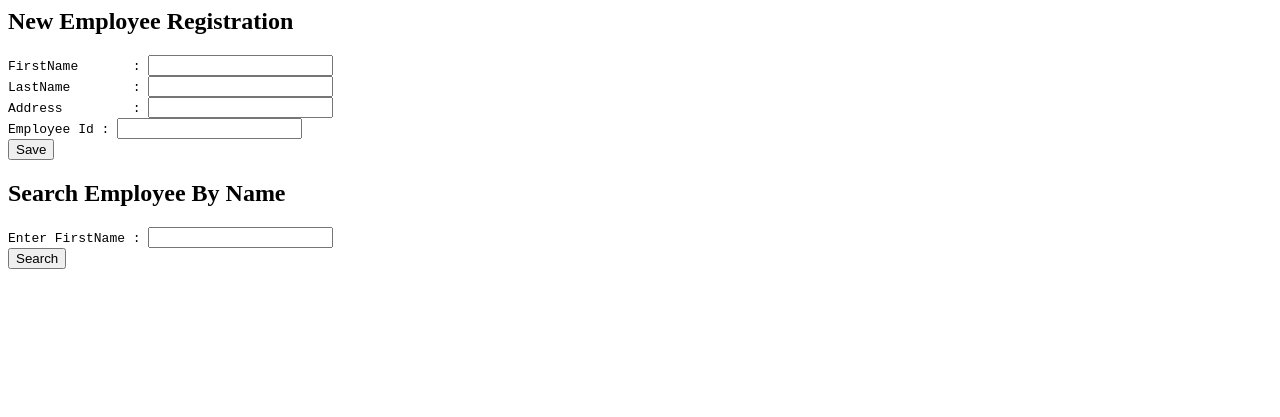
Repository: Basavaraj-007/core-java
Page: http://localhost/employee_springmvc_jpa/
These files come from the project's save history. The page is drawn as it stood at one moment and after the next save; the edit follows.
The browser window is 1280 px wide. The pictures show the whole page.
The page is served by Tomcat 9.

Above is the page before, as saved 2022-11-09 04:31:46.

After the next save:
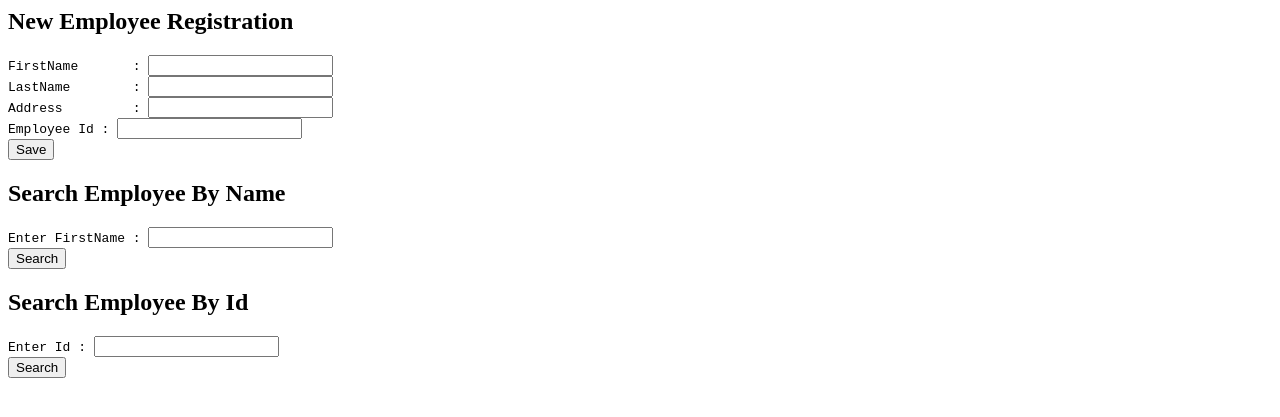
Saved 7 min 13 s later.
--- a/employee_springmvc_jpa/src/main/webapp/index.jsp
+++ b/employee_springmvc_jpa/src/main/webapp/index.jsp
@@ -17,6 +17,14 @@ Enter FirstName	: <input type="text" name="firstName" >&nbsp;
 <input type="submit" value="Search">
 </pre></form>
 
+<h2>Search Employee By Id</h2>
+<form action="searchById" method="get">
+
+<pre>
+Enter Id : <input type="text" name="id">&nbsp;
+<input type="submit" value="Search">
+</pre>
+</form>
 
 </body>
 
